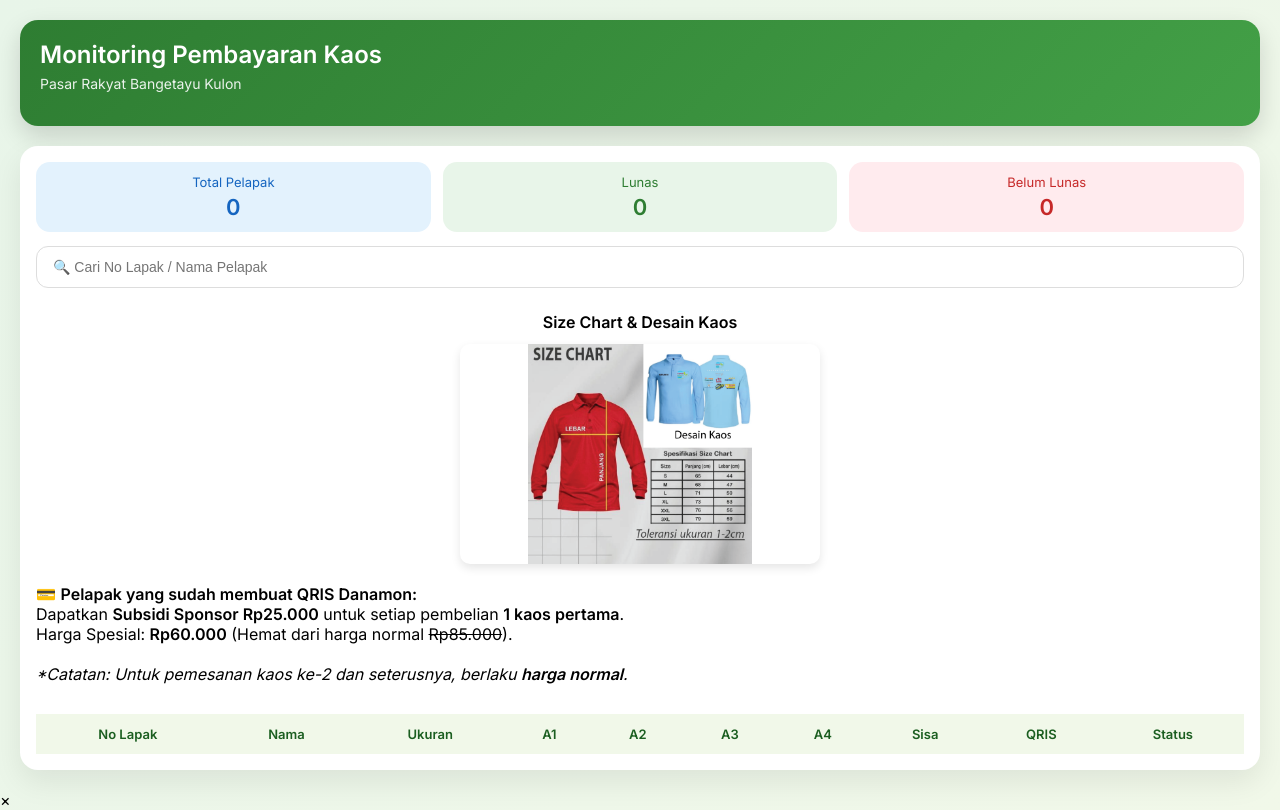
Repository: pasarrakyatbak/monitoringpembayarankaos
Page: index.html
An editor plug-in stored every save of this project. The page is shown before and after the next save, followed by the edit.
The browser window is 1280 px wide. The pictures show the whole page.
The page's requests for data from a server got no answer.

Above is the page before, as saved 2026-01-04 14:30:49.

### index.html
<!DOCTYPE html>
<html lang="id">

<head>
    <meta charset="UTF-8">
    <meta name="viewport" content="width=device-width, initial-scale=1.0">
    <title>Monitoring Pembayaran Kaos</title>

    <!-- FONT -->
    <link rel="preconnect" href="https://fonts.googleapis.com">
    <link rel="preconnect" href="https://fonts.gstatic.com" crossorigin>
    <link href="https://fonts.googleapis.com/css2?family=Inter:wght@400;500;600&display=swap" rel="stylesheet">

    <link rel="stylesheet" href="style.css">
</head>

<body>

    <div class="app">

        <!-- HEADER -->
        <header class="header">
            <h1>Monitoring Pembayaran Kaos</h1>
            <p>Pasar Rakyat Bangetayu Kulon</p>
        </header>

        <!-- CARD -->
        <div class="card">

            <!-- RINGKASAN -->
            <div class="summary" id="summary">
                <div class="summary-card total">
                    <span>Total Pelapak</span>
                    <strong id="totalPelapak">0</strong>
                </div>
                <div class="summary-card lunas">
                    <span>Lunas</span>
                    <strong id="totalLunas">0</strong>
                </div>
                <div class="summary-card belum">
                    <span>Belum Lunas</span>
                    <strong id="totalBelum">0</strong>
                </div>
            </div>

            <!-- TOOLBAR -->
            <div class="toolbar">
                <input type="text" id="searchInput" placeholder="🔍 Cari No Lapak / Nama Pelapak">
            </div>

            <!-- ====== SECTION GAMBAR KAOS ====== -->
            <section class="kaos-section">
                <h2>Size Chart & Desain Kaos</h2>

                <div class="kaos-image-wrapper">
                    <img src="assets/img/kaos.png" alt="Size Chart dan Desain Kaos" class="kaos-image" id="kaosImage">
                </div>
            </section>
            <!-- ===== INFO SUBSIDI QRIS ===== -->
            <div class="qris-info">
                <p>
                    💳 <strong>Pelapak yang sudah membuat QRIS Danamon:</strong><br>
                    Dapatkan <strong>Subsidi Sponsor Rp25.000</strong> untuk setiap pembelian <strong>1 kaos
                        pertama</strong>.<br>
                    Harga Spesial: <strong>Rp60.000</strong> (Hemat dari harga normal <del>Rp85.000</del>).<br><br>
                    <em>*Catatan: Untuk pemesanan kaos ke-2 dan seterusnya, berlaku <strong>harga normal</strong>.</em>
                </p>
            </div>
            <!-- DESKTOP TABLE -->
            <div class="desktop-view">
                <table>
                    <thead>
                        <tr>
                            <th>No Lapak</th>
                            <th>Nama</th>
                            <th>Ukuran</th>
                            <th>A1</th>
                            <th>A2</th>
                            <th>A3</th>
                            <th>A4</th>
                            <th>Sisa</th>
                            <th>QRIS</th>
                            <th>Status</th>
                        </tr>
                    </thead>
                    <tbody id="tableBody"></tbody>
                </table>
            </div>

            <!-- MOBILE CARD -->
            <div class="mobile-view" id="cardContainer"></div>

        </div>
    </div>

    <!-- ===== MODAL ZOOM GAMBAR ===== -->
    <div class="image-modal hidden" id="imageModal">
        <span class="close">&times;</span>
        <img class="modal-content" id="modalImg">
    </div>

    <!-- ===== LOADING OVERLAY ===== -->
    <div id="loadingOverlay" class="loading-overlay hidden">
        <div class="spinner"></div>
        <p>Memuat data...</p>
    </div>
    <script src="script.js"></script>
    <!-- LOADING OVERLAY -->
    <div id="loadingOverlay" class="loading-overlay hidden">
        <div class="spinner"></div>
        <p>Memuat data...</p>
    </div>
</body>

</html>

### style.css
* {
  box-sizing: border-box;
}

body {
  margin: 0;
  font-family: 'Inter', sans-serif;
  background: linear-gradient(135deg, #e8f5e9, #f1f8e9);
}

.app {
  max-width: 1400px;
  margin: auto;
  padding: 20px;
}

/* ================= HEADER ================= */
.header {
  background: linear-gradient(135deg, #2e7d32, #43a047);
  color: #fff;
  padding: 20px;
  border-radius: 18px;
  box-shadow: 0 10px 25px rgba(0, 0, 0, .15);
}

.header h1 {
  margin: 0;
  font-size: 24px;
}

.header p {
  margin-top: 6px;
  opacity: .9;
  font-size: 14px;
}

/* ================= CARD ================= */
.card {
  margin-top: 20px;
  background: #fff;
  border-radius: 18px;
  padding: 16px;
  box-shadow: 0 12px 30px rgba(0, 0, 0, .08);
}

/* ================= SUMMARY ================= */
.summary {
  display: grid;
  grid-template-columns: repeat(3, 1fr);
  gap: 12px;
  margin-bottom: 14px;
}

.summary-card {
  background: #f5f5f5;
  border-radius: 14px;
  padding: 12px;
  text-align: center;
  font-size: 13px;
}

.summary-card strong {
  display: block;
  font-size: 22px;
  margin-top: 4px;
}

.summary-card.total {
  background: #e3f2fd;
  color: #1565c0;
}

.summary-card.lunas {
  background: #e8f5e9;
  color: #2e7d32;
}

.summary-card.belum {
  background: #ffebee;
  color: #c62828;
}

/* ================= TOOLBAR ================= */
.toolbar input {
  width: 100%;
  padding: 12px 16px;
  border-radius: 12px;
  border: 1px solid #ddd;
  font-size: 14px;
}

.toolbar input:focus {
  outline: none;
  border-color: #2e7d32;
}

/* ================= TABLE ================= */
.desktop-view {
  overflow-x: auto;
}

table {
  width: 100%;
  border-collapse: collapse;
  margin-top: 14px;
  min-width: 1000px;
}

thead th {
  background: #f1f8e9;
  color: #1b5e20;
  padding: 12px;
  font-size: 13px;
  position: sticky;
  top: 0;
}

tbody td {
  padding: 12px;
  font-size: 13px;
  text-align: center;
  border-bottom: 1px solid #eee;
}

tbody tr:hover {
  background: #fafafa;
}

/* 🔴 AUTO MERAH BELUM LUNAS */
tr.belum-lunas {
  background: #ffebee !important;
}

tr.belum-lunas:hover {
  background: #ffcdd2 !important;
}

/* ================= BADGE ================= */
.badge {
  padding: 4px 10px;
  border-radius: 20px;
  font-size: 12px;
  font-weight: 600;
}

.badge-lunas {
  background: #e8f5e9;
  color: #2e7d32;
}

.badge-belum {
  background: #fff3e0;
  color: #ef6c00;
}

.badge-yes {
  background: #e3f2fd;
  color: #1565c0;
}

.badge-no {
  background: #fce4ec;
  color: #c2185b;
}

/* ================= MOBILE CARD ================= */
.mobile-view {
  display: none;
  margin-top: 16px;
  gap: 14px;
}

.pelapak-card {
  background: #fff;
  border-radius: 16px;
  padding: 14px;
  box-shadow: 0 8px 20px rgba(0, 0, 0, .08);
  border-left: 6px solid #2e7d32;
}

/* 🔴 CARD MERAH BELUM LUNAS */
.pelapak-card.belum-lunas {
  border-left-color: #c62828;
  background: #fff5f5;
}

.pelapak-header {
  display: flex;
  justify-content: space-between;
  align-items: center;
}

.lapak {
  font-weight: 600;
  color: #1b5e20;
}

.nama {
  font-size: 13px;
  color: #555;
}

.pelapak-body {
  margin-top: 10px;
  display: grid;
  grid-template-columns: repeat(2, 1fr);
  gap: 8px;
}

.item {
  background: #f1f8e9;
  border-radius: 10px;
  padding: 8px;
  text-align: center;
  font-size: 12px;
}

.item span {
  display: block;
  font-size: 11px;
  color: #666;
}

.summary {
  display: grid;
  grid-template-columns: repeat(3, 1fr);
  gap: 12px;
  margin-bottom: 14px;
}

.summary-card {
  border-radius: 14px;
  padding: 12px;
  text-align: center;
  font-size: 13px;
}

.summary-card strong {
  display: block;
  font-size: 22px;
  margin-top: 4px;
}

.summary-card.total {
  background: #e3f2fd;
  color: #1565c0;
}

.summary-card.lunas {
  background: #e8f5e9;
  color: #2e7d32;
}

.summary-card.belum {
  background: #ffebee;
  color: #c62828;
}

/* ================= LOADING ================= */
.loading-overlay {
  position: fixed;
  top: 0;
  left: 0;
  width: 100%;
  height: 100%;
  background: rgba(255, 255, 255, 0.85);
  display: flex;
  flex-direction: column;
  align-items: center;
  justify-content: center;
  z-index: 9999;
  backdrop-filter: blur(4px);
}

.loading-overlay p {
  margin-top: 12px;
  font-size: 14px;
  color: #2e7d32;
  font-weight: 500;
}

.loading-overlay.hidden {
  display: none;
}

.spinner {
  width: 48px;
  height: 48px;
  border: 5px solid #e0e0e0;
  border-top: 5px solid #2e7d32;
  border-radius: 50%;
  animation: spin 1s linear infinite;
}

@keyframes spin {
  to {
    transform: rotate(360deg);
  }
}

/* =============================
   SECTION GAMBAR KAOS
============================= */
.kaos-section {
  margin-top: 24px;
  text-align: center;
}

.kaos-section h2 {
  font-size: 16px;
  font-weight: 600;
  margin-bottom: 12px;
}

/* WRAPPER */
.kaos-image-wrapper {
  max-width: 360px;
  /* BATAS LEBAR */
  margin: 0 auto;
}

/* GAMBAR */
.kaos-image {
  width: 100%;
  max-height: 220px;
  /* BATAS TINGGI */
  object-fit: contain;
  border-radius: 10px;
  box-shadow: 0 4px 10px rgba(0, 0, 0, .1);
}

/* TEKS HINT */
.hint {
  font-size: 12px;
  color: #777;
  margin-top: 6px;
}

/* =============================
   RESPONSIVE DESKTOP
============================= */
/* ================= RESPONSIVE ================= */
@media (max-width: 768px) {
  .summary {
    grid-template-columns: 1fr;
  }

  .kaos-image-wrapper {
    max-width: 420px;
  }

  .kaos-image {
    max-height: 260px;
  }

  .desktop-view {
    display: none;
  }

  .mobile-view {
    display: grid;
    grid-template-columns: 1fr;
    gap: 16px;
  }

  .summary {
    grid-template-columns: 1fr;
  }

  .lapak {
    font-size: 16px;
  }

  .nama {
    font-size: 14px;
  }

  .pelapak-body {
    font-size: 13px;
  }

  .item.full {
    grid-column: span 2;
  }

  .item strong {
    font-weight: 600;
    color: #2e7d32;
  }
}

### script.js
const API_URL = "https://script.google.com/macros/s/AKfycby4z2qZ24SrJkcyGpybH29lSUC_3_z1LG-7wSmTzpaOEXrwjXf0Cl3hqkg95qAxPj1-/exec";

let allData = [];

document.addEventListener('DOMContentLoaded', () => {
    const searchInput = document.getElementById('searchInput');
    const tableBody = document.getElementById('tableBody');
    const cardContainer = document.getElementById('cardContainer');

    const loadingOverlay = document.getElementById('loadingOverlay');

    // =============================
    // LOADING HELPER
    // =============================
    function showLoading() {
        loadingOverlay.classList.remove('hidden');
    }

    function hideLoading() {
        loadingOverlay.classList.add('hidden');
    }

    // =============================
    // LOAD DATA
    // =============================
    async function loadData() {
        try {
            showLoading();

            const res = await fetch(API_URL + "?action=list");
            const data = await res.json();

            allData = data;
            renderAll(data);
            renderSummary(data);

        } catch (err) {
            console.error(err);
            alert("Gagal memuat data");
        } finally {
            hideLoading();
        }
    }

    // =============================
    // SUMMARY
    // =============================
    function renderSummary(data) {
        const totalPelapak = data.length;
        const totalLunas = data.filter(d => d.lunas).length;
        const totalBelum = totalPelapak - totalLunas;

        document.getElementById('totalPelapak').textContent = totalPelapak;
        document.getElementById('totalLunas').textContent = totalLunas;
        document.getElementById('totalBelum').textContent = totalBelum;
    }

    // =============================
    // RENDER ALL
    // =============================
    function renderAll(data) {
        renderTable(data);
        renderCard(data);
    }

    // =============================
    // TABLE (DESKTOP)
    // =============================
    function renderTable(data) {
        tableBody.innerHTML = '';

        data.forEach((row, index) => {
            const statusText = row.lunas ? 'Lunas' : 'Belum Lunas';
            const statusBadge = row.lunas ? 'badge-lunas' : 'badge-belum';
            const rowClass = row.lunas ? '' : 'belum-lunas';

            tableBody.innerHTML += `
        <tr class="${rowClass}">
          <td>${row.noLapak}</td>
          <td>${row.nama}</td>
          <td>${row.ukuran}</td>
          <td>${row.a1}</td>
          <td>${row.a2}</td>
          <td>${row.a3}</td>
          <td>${row.a4}</td>
          <td>Rp ${Number(row.total).toLocaleString('id-ID')}</td>
          <td>
            <input type="checkbox" ${row.qris ? 'checked' : ''} data-index="${index}">
          </td>
          <td>
            <span class="badge ${statusBadge}">${statusText}</span>
          </td>
        </tr>
      `;
        });
    }

    // =============================
    // CARD (MOBILE)
    // =============================
    function renderCard(data) {
        cardContainer.innerHTML = '';

        data.forEach((row, index) => {
            const statusText = row.lunas ? 'Lunas' : 'Belum';
            const statusBadge = row.lunas ? 'badge-lunas' : 'badge-belum';
            const cardClass = row.lunas ? '' : 'belum-lunas';

            cardContainer.innerHTML += `
        <div class="pelapak-card ${cardClass}">
          <div class="pelapak-header">
            <div>
              <div class="lapak">Lapak ${row.noLapak}</div>
              <div class="nama">${row.nama}</div>
            </div>
            <span class="badge ${statusBadge}">${statusText}</span>
          </div>

          <div class="pelapak-body">
            <div class="item"><span>Ukuran</span><strong>${row.ukuran}</strong></div>
            <div class="item">
              <span>QRIS</span>
              <input type="checkbox" ${row.qris ? 'checked' : ''} data-index="${index}">
            </div>
            <div class="item"><span>A1</span><strong>${row.a1}</strong></div>
            <div class="item"><span>A2</span><strong>${row.a2}</strong></div>
            <div class="item"><span>A3</span><strong>${row.a3}</strong></div>
            <div class="item"><span>A4</span><strong>${row.a4}</strong></div>
            <div class="item full">
              <span>Total</span>
              <strong>Rp ${Number(row.total).toLocaleString('id-ID')}</strong>
            </div>
          </div>
        </div>
      `;
        });
    }

    // =============================
    // UPDATE QRIS (WITH LOADING)
    // =============================
    document.body.addEventListener('change', async (e) => {
        if (e.target.type === 'checkbox' && e.target.dataset.index !== undefined) {
            const index = e.target.dataset.index;

            try {
                showLoading();

                const formData = new FormData();
                formData.append("action", "updateQRIS");
                formData.append("index", index);
                formData.append("qris", e.target.checked ? "true" : "false");

                await fetch(API_URL, {
                    method: "POST",
                    body: formData
                });

                await loadData();
            } catch (err) {
                console.error(err);
                alert("Gagal update data");
            } finally {
                hideLoading();
            }
        }
    });

    // =============================
    // SEARCH
    // =============================
    searchInput.addEventListener('keyup', () => {
        const keyword = searchInput.value.toLowerCase();

        const filtered = allData.filter(item =>
            item.noLapak.toString().includes(keyword) ||
            item.nama.toLowerCase().includes(keyword)
        );

        renderAll(filtered);
        renderSummary(filtered);
    });

    // INIT
    loadData();
});

After the next save:
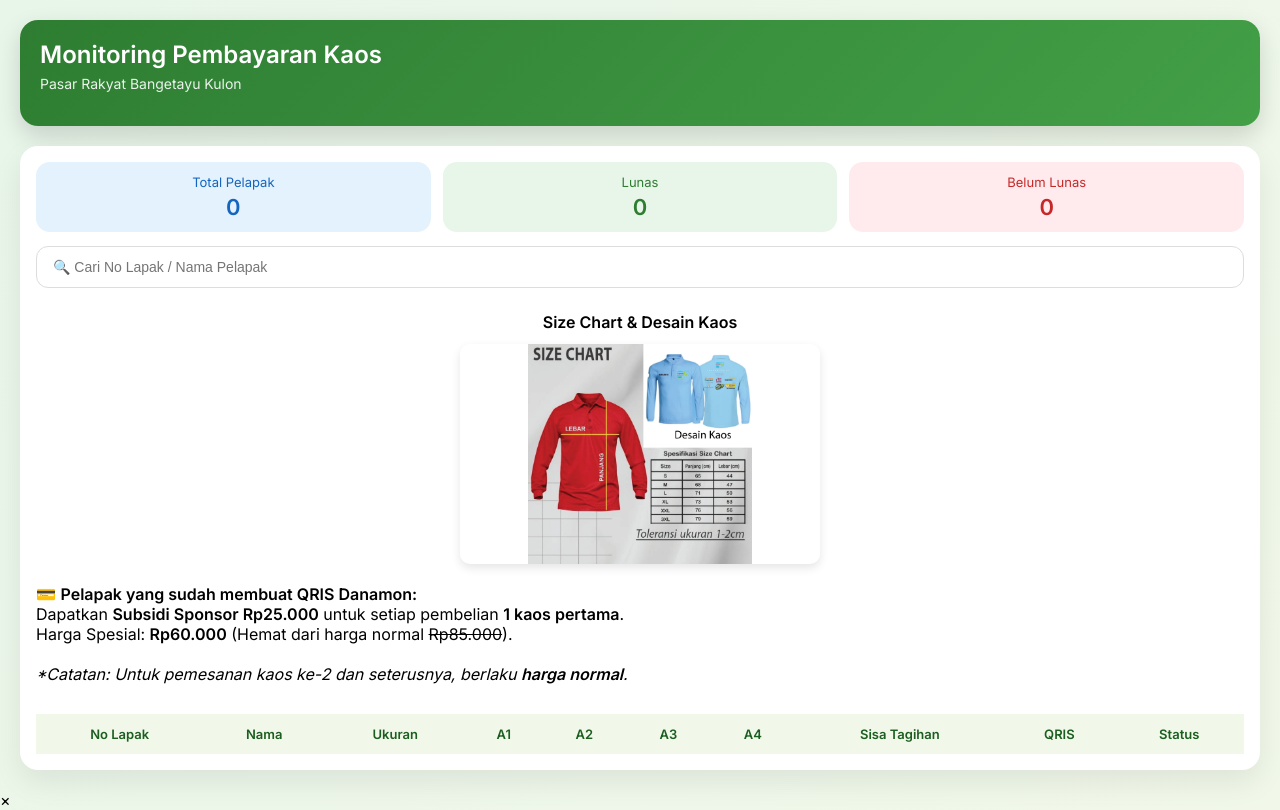
Saved 15 s later.
--- a/index.html
+++ b/index.html
@@ -78,7 +78,7 @@
                             <th>A2</th>
                             <th>A3</th>
                             <th>A4</th>
-                            <th>Sisa</th>
+                            <th>Sisa Tagihan</th>
                             <th>QRIS</th>
                             <th>Status</th>
                         </tr>
